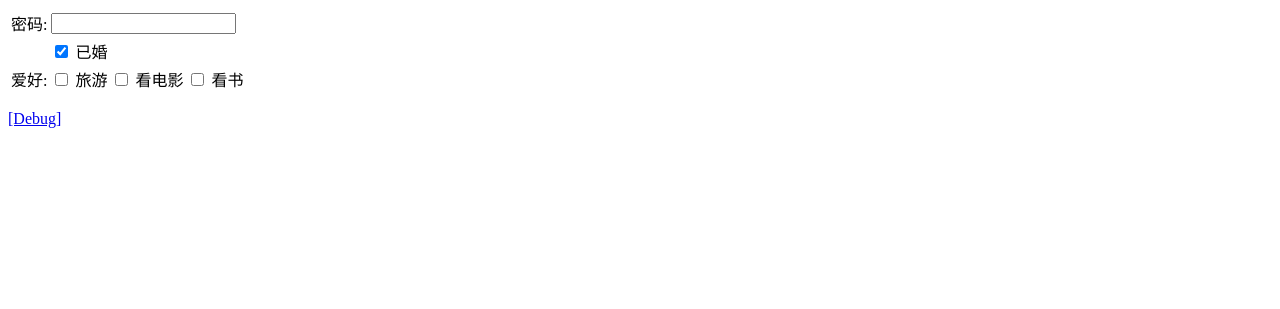
Repository: yanbin0061/JAVA
Page: http://localhost/struts_checkbox/customerbox.jsp
These files come from the project's save history. The page is drawn as it stood at one moment and after a run of saves; the edit follows.
The browser window is 1280 px wide. The pictures show the whole page.
The page is served by Tomcat 9.

Above is the page before, as saved 2017-04-12 04:54:39.

After the next 3 saves:
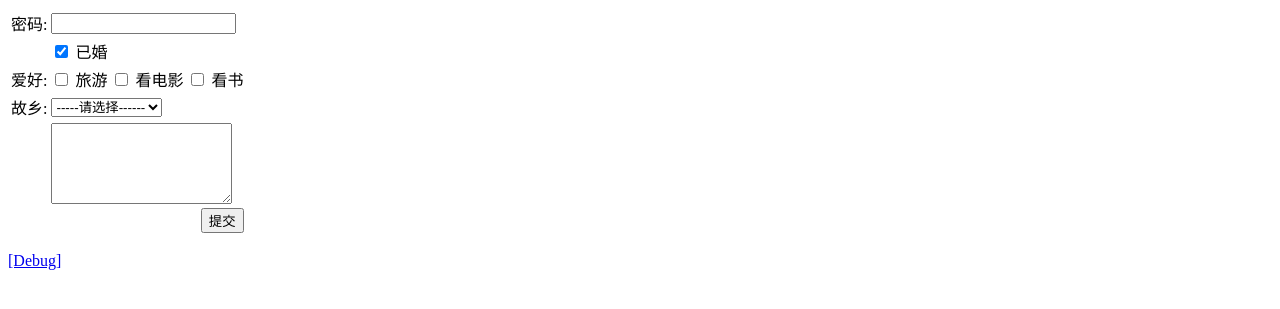
The 3 saves are shown as one change because 2 did not build or start.
The last was saved 79 min 6 s later.
--- a/taotaoProgram/javaTest/struts_checkbox/WebContent/customerbox.jsp
+++ b/taotaoProgram/javaTest/struts_checkbox/WebContent/customerbox.jsp
@@ -21,8 +21,11 @@
     --%>
     <s:password name="password" label="密码"/>
     <s:checkbox name="married" label="已婚" value="true"></s:checkbox>
-            <s:checkboxlist name="hobby" list="{'旅游','看电影','看书'}" label="爱好"></s:checkboxlist>
+    <s:checkboxlist name="hobby" list="{'旅游','看电影','看书'}" label="爱好"></s:checkboxlist>
+    <s:select name="city" list="#{'BJ':'北京','SH':'上海','XA':'西安' }" label="故乡" headerKey="" headerValue="-----请选择------"></s:select>
+    <s:textarea name="description" lable="个人介绍" rows="5" clos="25"/>
 
+    <s:submit value="提交"/>
     </s:form>
 <s:debug/>
 </body>
